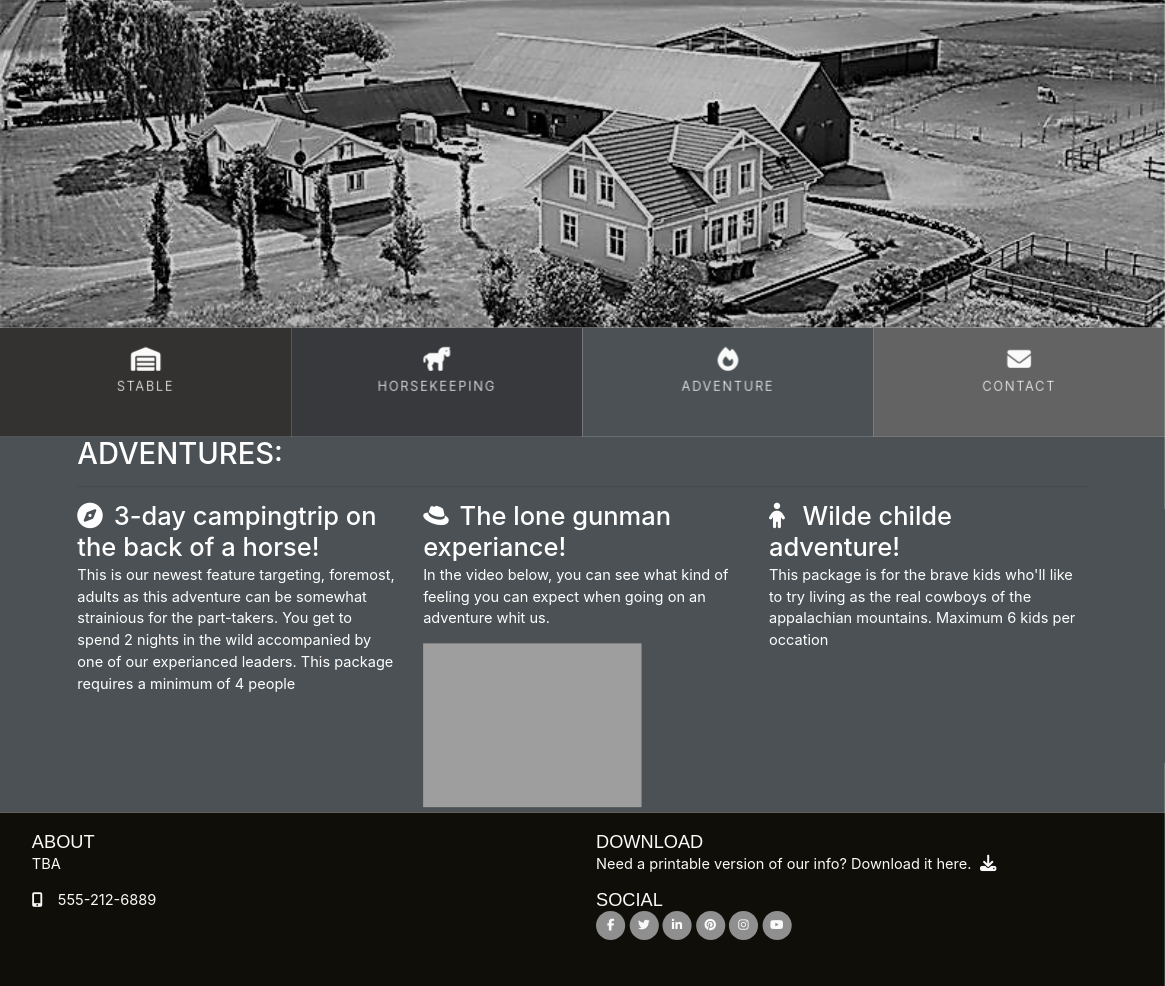
Repository: Jadehammar/frontendmilestone
Page: adventure.html
The author's editor kept a record of every edit. The page is drawn from the files as they stood at one moment, then again after the next edit.
The browser window is 1280 px wide. The pictures show the whole page, at 91% of full size.
Pictures or frames that could not be fetched are drawn as grey boxes. Backgrounds fixed to the window are drawn as part of the page. Some web libraries are served in a nearby version.

Above is the page before.

After the next edit:
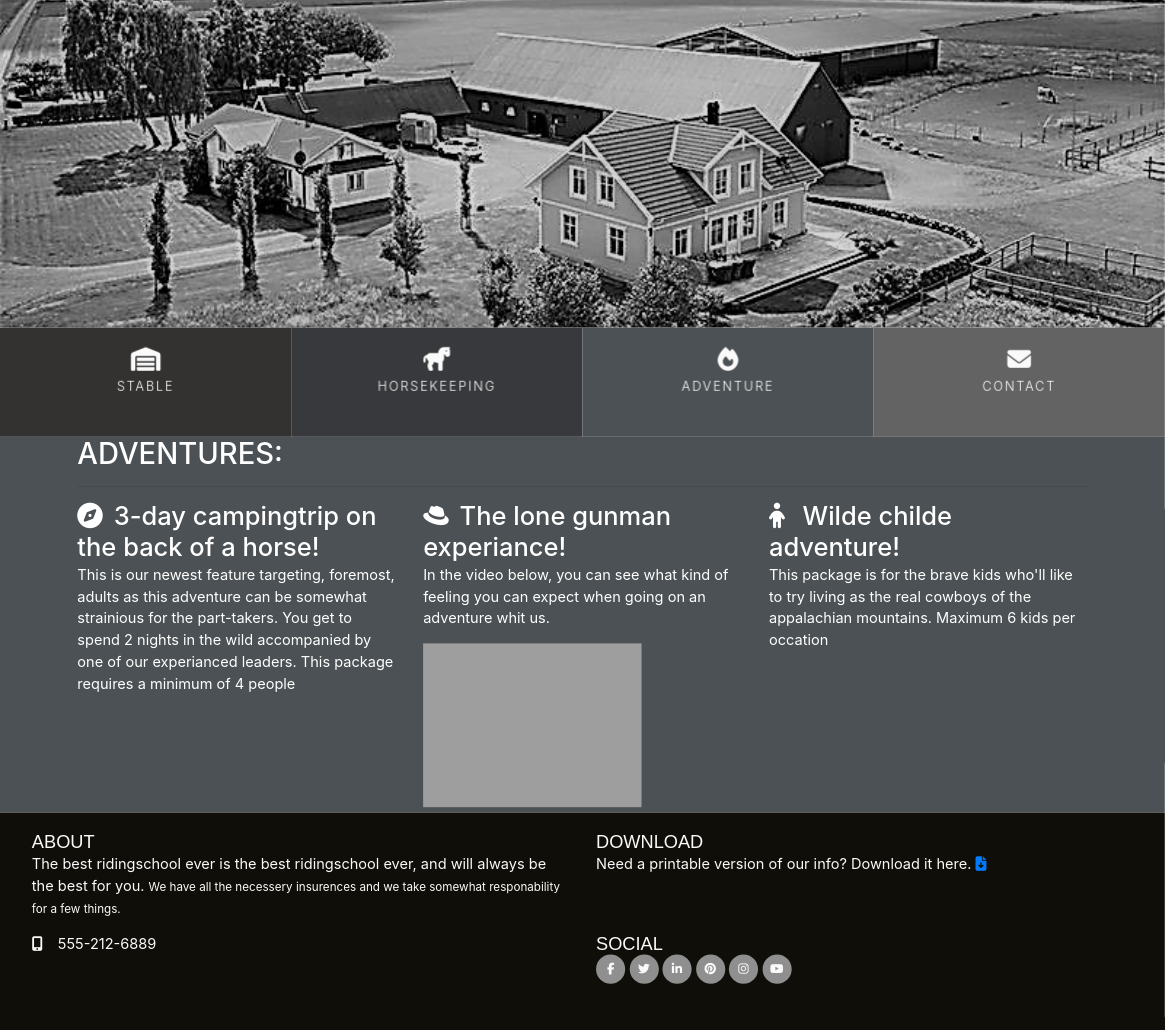
The edit:
--- a/adventure.html
+++ b/adventure.html
@@ -80,15 +80,16 @@
             <div class="col-sm-6">
                 <h5 class="uppercase general-sub">About</h5>
                 <p class="inline-block">
-                    TBA
+                    The best ridingschool ever is the best ridingschool ever, and will always be the best for you.
+                    <small>We have all the necessery insurences and we take somewhat responability for a few things.</small>
                 </p>
             </div>
             <div class="col-sm-6">
                 <h5 class="uppercase general-sub">Download</h5>
                 <p class="inline-block">
                     Need a printable version of our info? Download it here.
-                    <a href="assets/CV/CV.pdf" taraget="_blank" class="cv-pdf">
-                        <i class="fa fa-download" aria-hidden="true"></i>
+                    <a href="assets/info.pdf" taraget="_blank" class="info-pdf">
+                        <i class="fas fa-file-download" aria-hidden="true"></i>
                         <span class="sr-only">Download link.</span>
                     </a>
                 </p>
@@ -100,7 +101,7 @@
                     </a>
                 </p>
             </div>
-            <div class="col-sm-4">
+           <div class="col-sm-4">
                 <h5 class="uppercase general-sub">social</h5>
                 <ul class="list-inline social-links">
                     <li class="list-inline-item">
